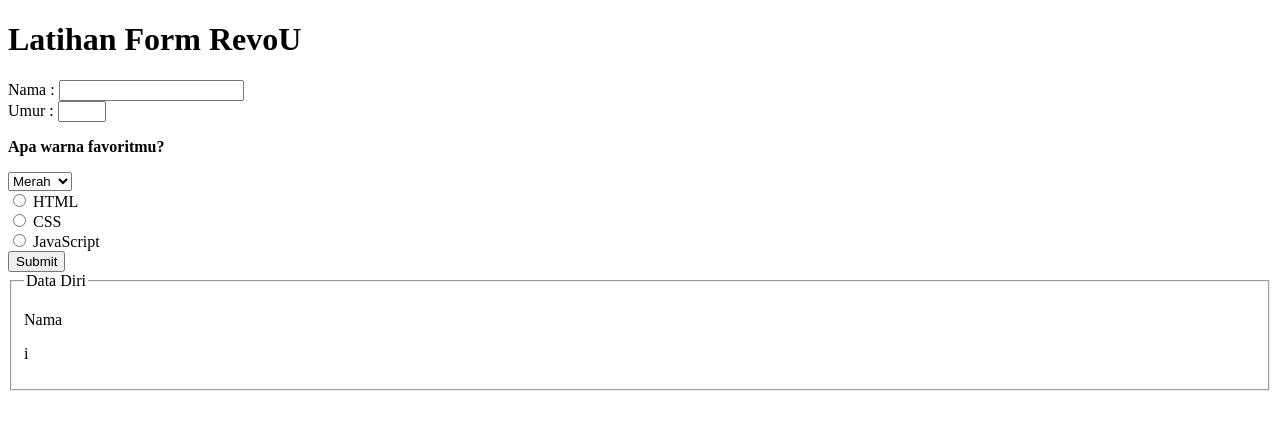
Repository: esramrsln/day2_RevoU
Page: form.html
The author's editor kept a copy of each file at every save. The page is drawn from the files as they stood at one save, then again after the next save.
The browser window is 1280 px wide. The pictures show the whole page.

Above is the page before, as saved 2024-07-23 21:41:23.

After the next save:
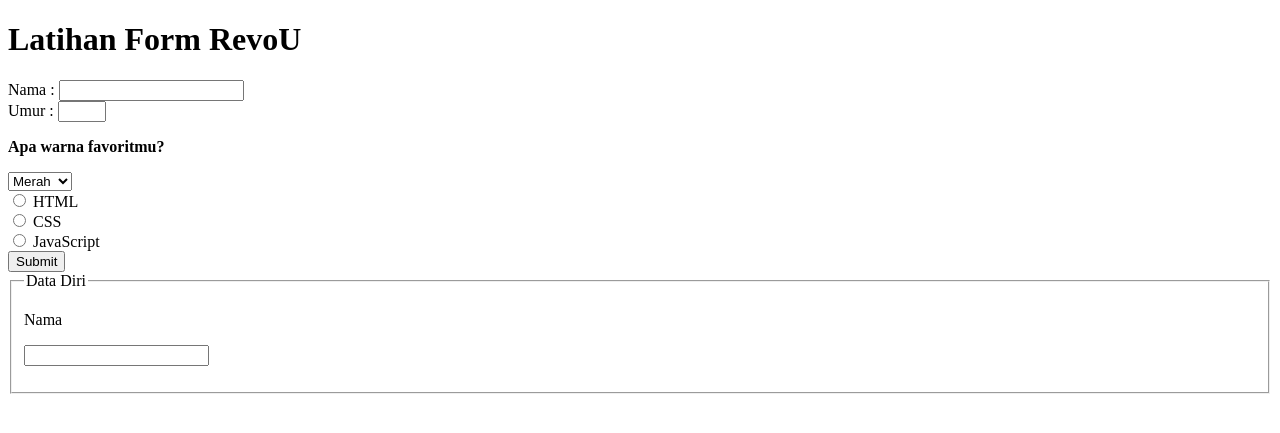
Saved 4 s later.
--- a/form.html
+++ b/form.html
@@ -37,7 +37,7 @@
     <fieldset>
         <legend>Data Diri</legend>
         <p><label for="nama">Nama</label></p>
-        <p>i</p>
+        <p><input type="text" name="" id=""></p>
     </fieldset>
 </body>
 </html>
